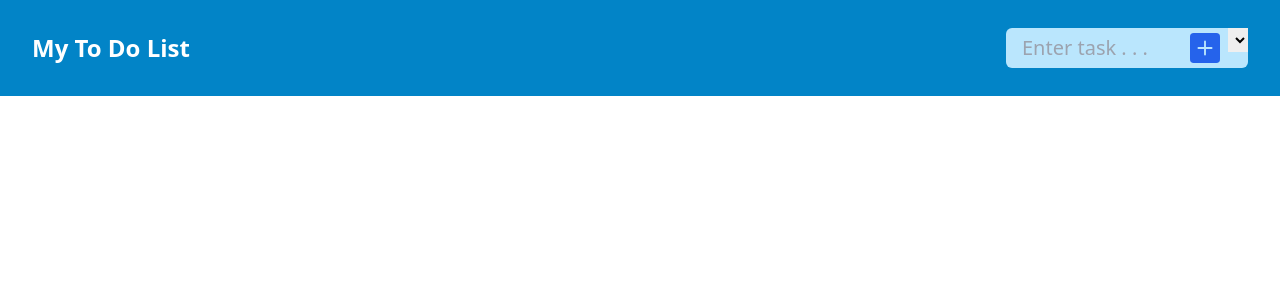
Repository: SaadYasin/react-to-do-list
Page: /
The author's editor kept a copy of each file at every save. The page is drawn from the files as they stood at one save, then again after a run of saves.
The browser window is 1280 px wide. The pictures show the whole page.
The project was rebuilt for these pictures with package versions that can differ from the ones it lists, and the page was loaded fresh each time. Also part of the build but not shown: src/App.css.

Above is the page before, as saved 2022-11-09 20:32:19.

After the next 3 saves:
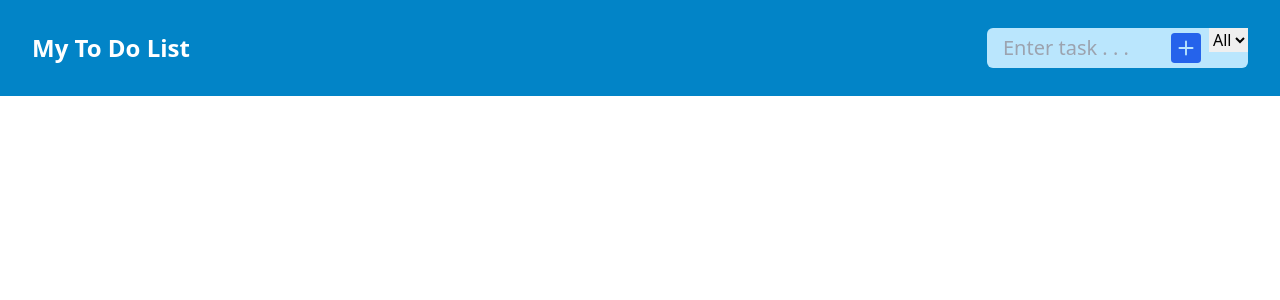
The 3 saves are shown as one change because they came seconds apart.
The last was saved 9 s later.
--- a/src/components/Input.js
+++ b/src/components/Input.js
@@ -16,7 +16,7 @@
 
         <div className="select">
           <select name="todos" id="filter-todos">
-            <option value=""></option>
+            <option value="all">All</option>
           </select>
         </div>
       </form>
